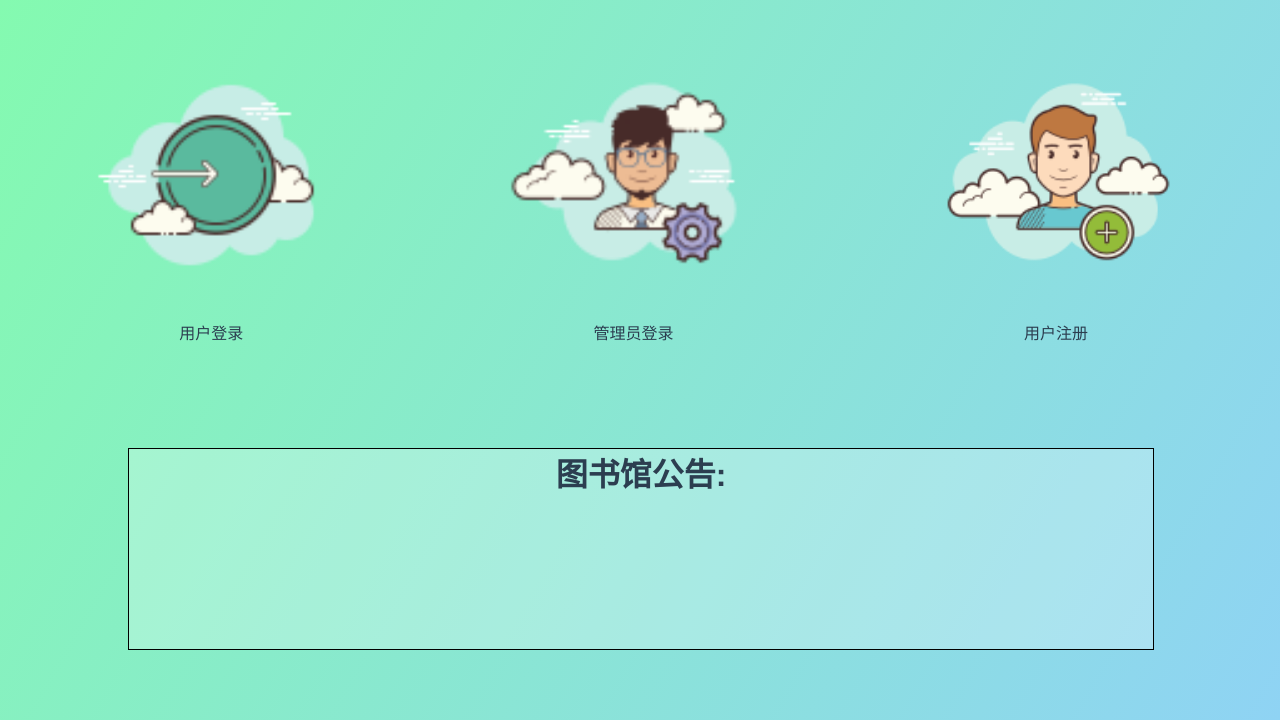
Repository: Akron-xz/helloVue
Page: / (app in vue-library/)
The author's editor kept a copy of each file at every save. The page is drawn from the files as they stood at one save, then again after the next save.
The browser window is 1280 px wide. The pictures show the whole page.
The page's requests for data from a server got no answer. The project was rebuilt for these pictures with package versions that can differ from the ones it lists, and the page was loaded fresh each time. No one was signed in, and anything a server would have sent is missing.

Above is the page before, as saved 2020-11-24 11:46:24.

After the next save:
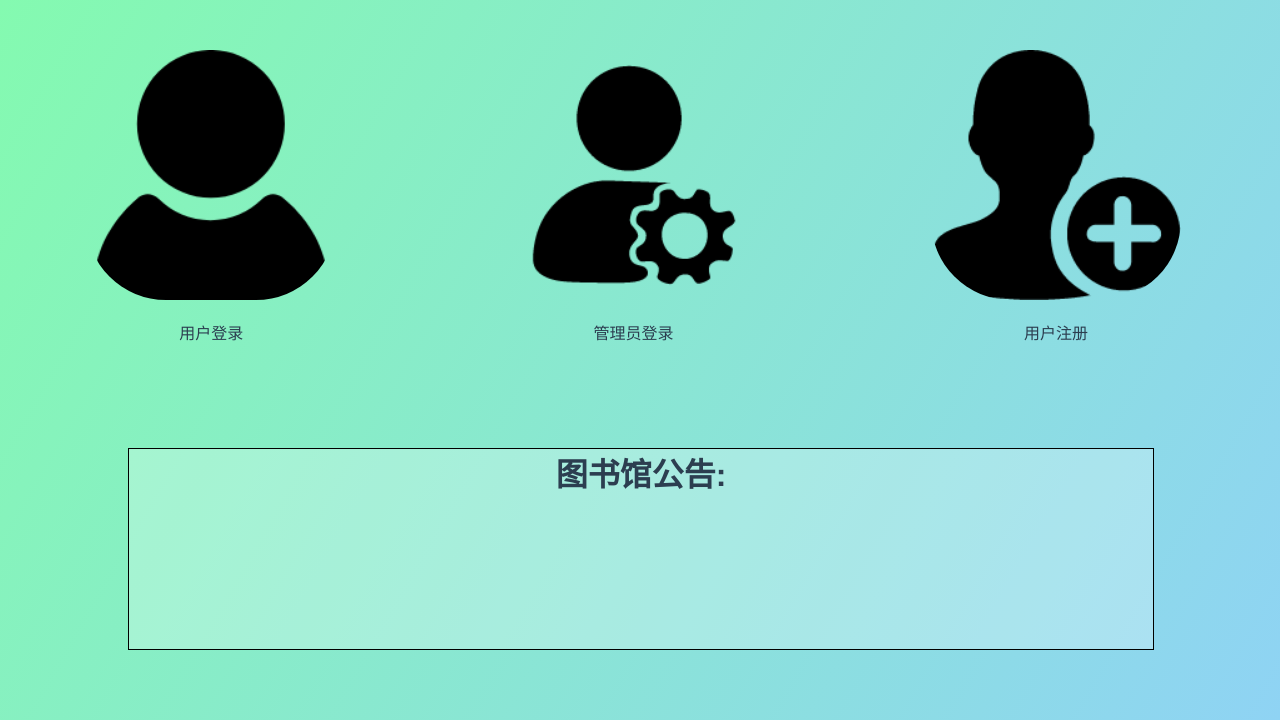
Saved 11 min 35 s later.
--- a/vue-library/src/views/Home.vue
+++ b/vue-library/src/views/Home.vue
@@ -1,18 +1,18 @@
 <template>
   <div class="home-container">
     <div class="login box">
-      <img src="/img/home/login.png" alt="" class="home-img" @click="toLogin" />
+      <img src="/img/home/userIcon.png" alt="" class="home-img" @click="toLogin" />
       <p class="logo-name" @click="toLogin">用户登录</p>
     </div>
 
     <div class="admin box">
-      <img src="/img/home/admin.png" alt="" class="home-img" @click="toAdmin" />
+      <img src="/img/home/manageIcon.png" alt="" class="home-img" @click="toAdmin" />
       <p class="logo-name" @click="toAdmin">管理员登录</p>
     </div>
 
     <div class="signup box">
       <img
-        src="/img/home/signup.png"
+        src="/img/home/signupIcon.png"
         alt=""
         class="home-img"
         @click="toSignUp"
